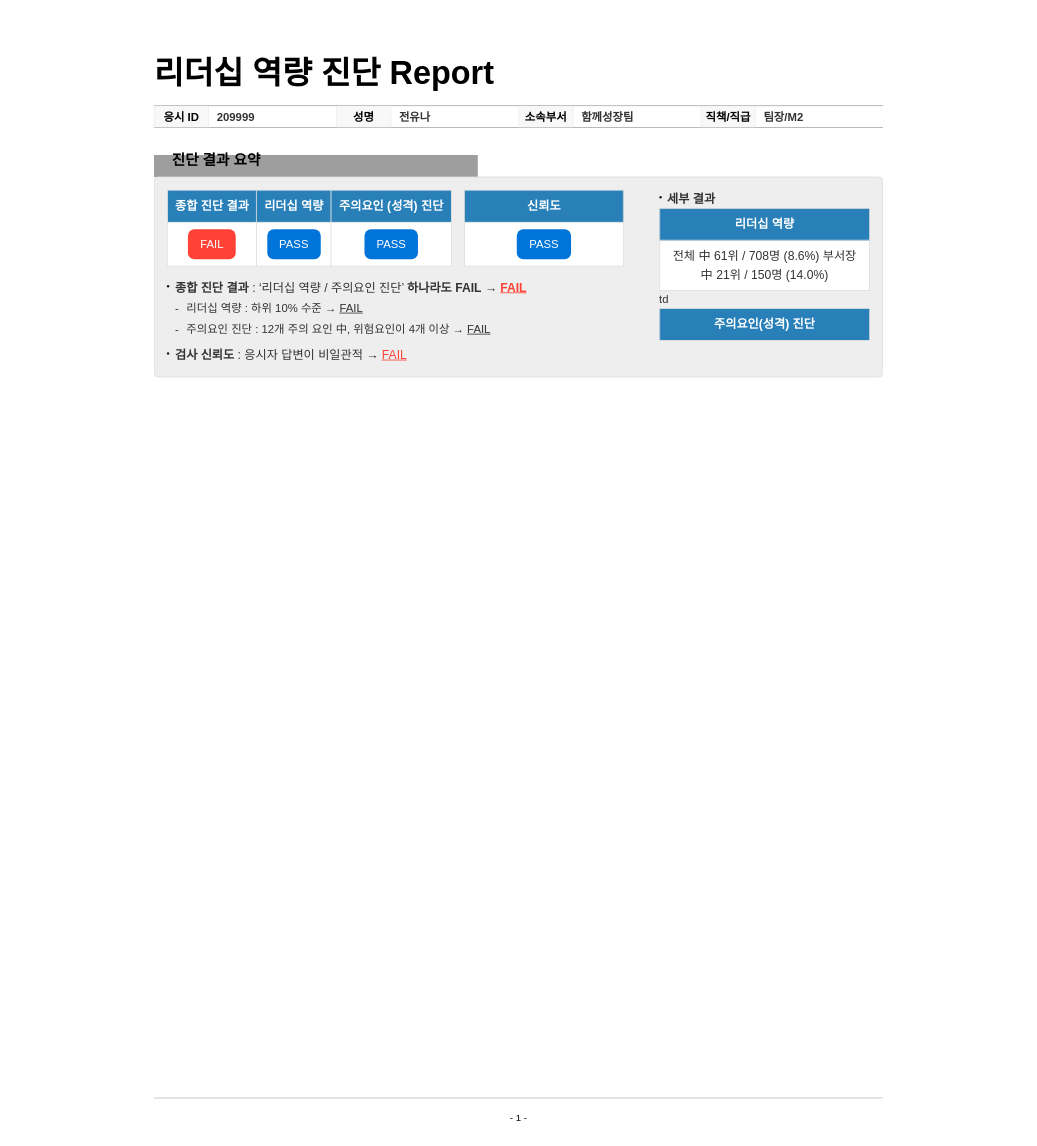
Repository: richosj/report
Page: index.html
An editor plug-in stored every save of this project. The page is shown before and after the next save, followed by the edit.
The browser window is 1280 px wide. The pictures show the whole page, at 81% of full size.
Pictures or frames that could not be fetched are drawn as grey boxes. Some web fonts or font styles are not loaded; a fallback is used. The style sheet was rebuilt from its Sass, Less or Tailwind sources for each picture, by a compiler version that may differ from the author's.

Above is the page before, as saved 2024-09-21 22:10:15.

After the next save:
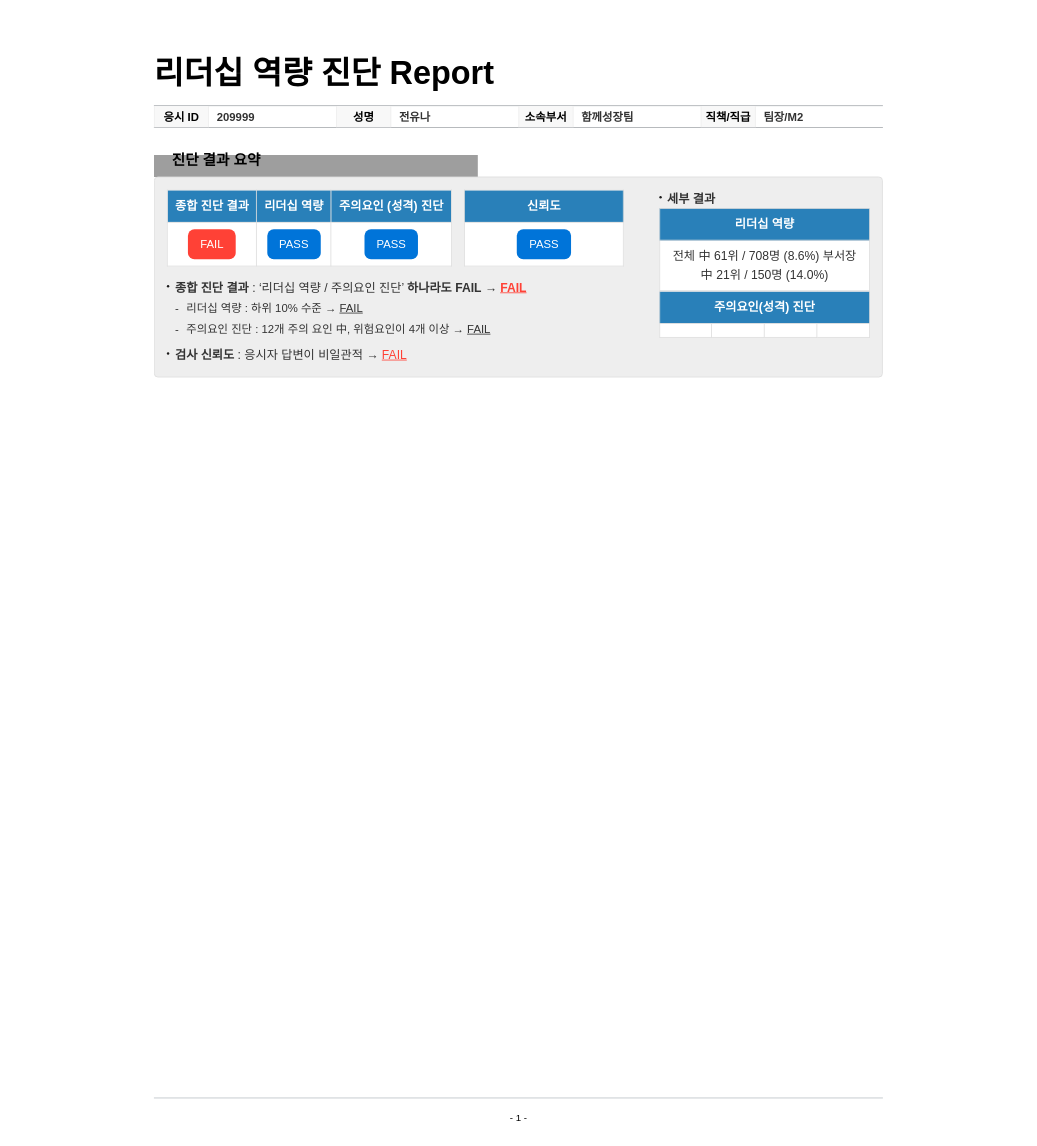
Saved 9 s later.
--- a/index.html
+++ b/index.html
@@ -114,12 +114,15 @@
                             <table class="simple-table mt-10">
                                 <thead>
                                     <tr>
-                                        <th colspan="3">주의요인(성격) 진단</th>
+                                        <th colspan="4">주의요인(성격) 진단</th>
                                     </tr>
                                 </thead>
                                 <tbody>
                                     <tr>
-                                        td
+                                        <td></td>
+                                        <td></td>
+                                        <td></td>
+                                        <td></td>
                                     </tr>
                                 </tbody>
                             </table>
